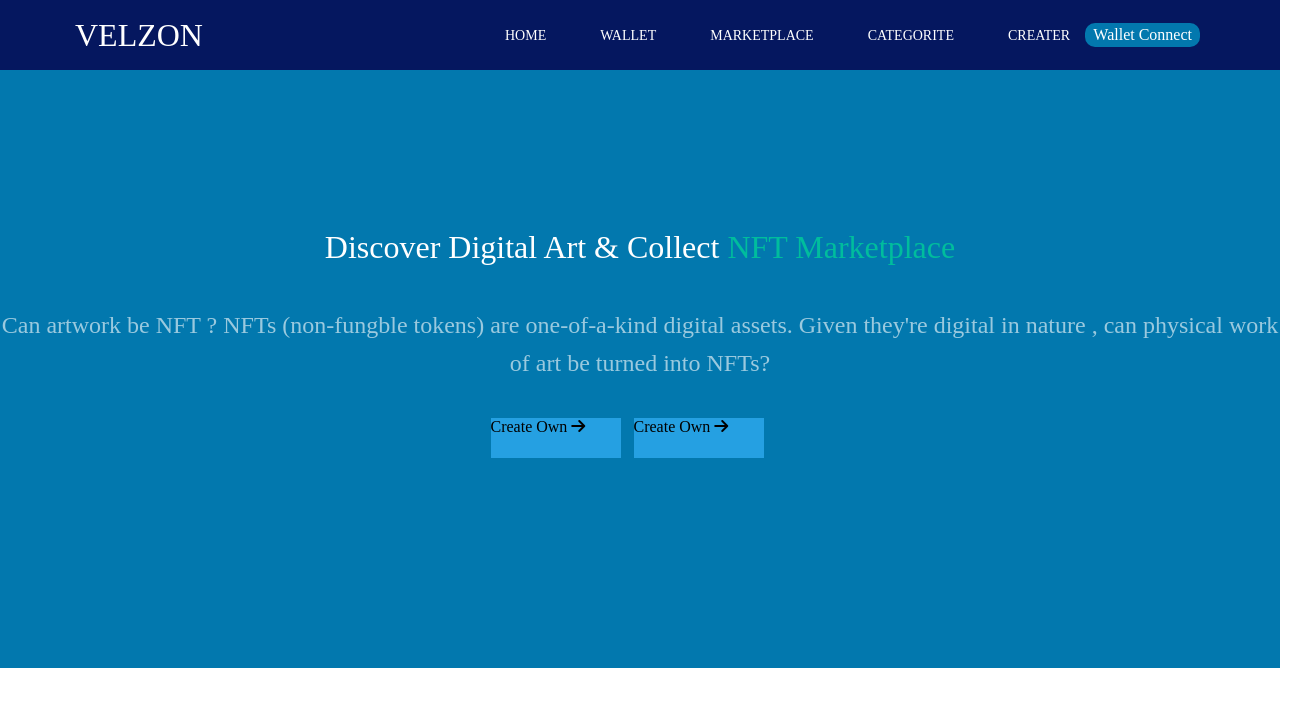
Repository: HuynhDuc23/Webvideodesgin
Page: index.html
An editor plug-in stored every save of this project. The page is shown before and after the next save, followed by the edit.
The browser window is 1280 px wide. The page is 1280 px wide, then 1293 px, so the pictures cover 1293 px, including what lies to the right of the window. The pictures show the whole page.
The style sheet was rebuilt from its Sass, Less or Tailwind sources for each picture, by a compiler version that may differ from the author's.

Above is the page before, as saved 2023-04-25 12:24:50.

After the next save:
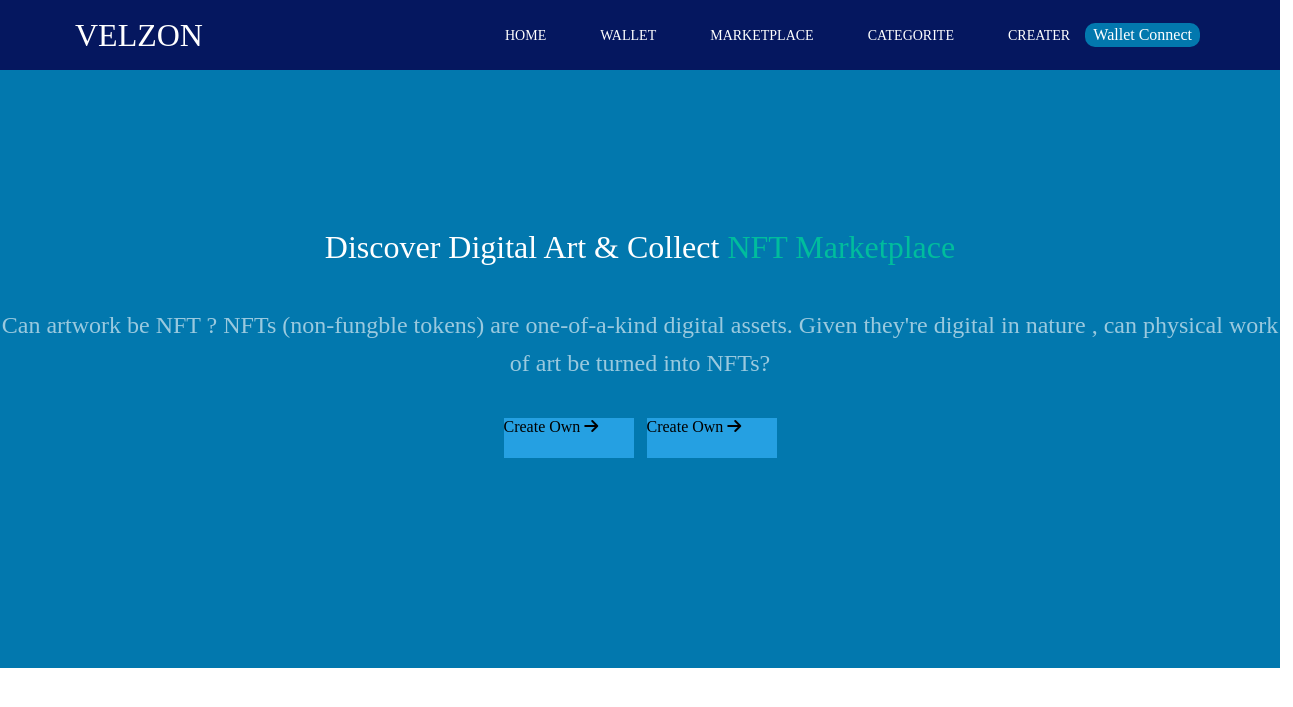
Saved 14 s later.
--- a/style.scss
+++ b/style.scss
@@ -114,7 +114,7 @@ html {
     display: flex;
     justify-content: center;
     align-items: center;
-    margin-left: -13px;
+    margin-right: -13px;
 }
 .button {
     width: 130px;
